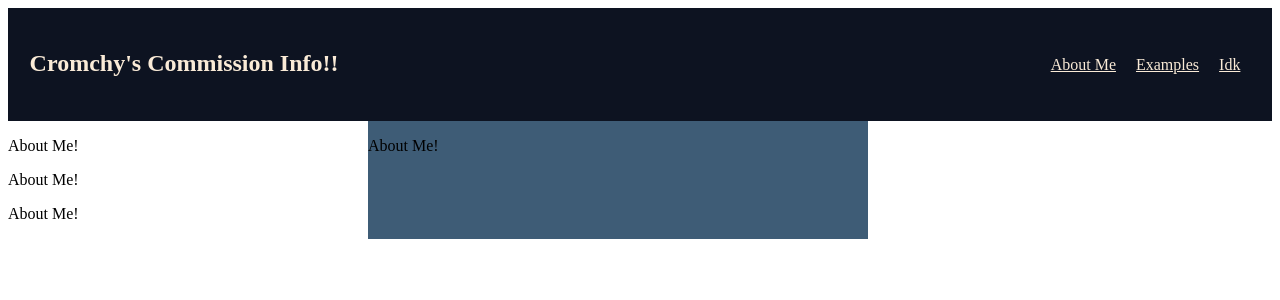
Repository: crackaLack1n/Cromchys_Commission_Site
Page: /
An editor plug-in stored every save of this project. The page is shown before and after the next save, followed by the edit.
The browser window is 1280 px wide. The pictures show the whole page.
The project was rebuilt for these pictures with package versions that can differ from the ones it lists, and the page was loaded fresh each time. The framework's server and built-in components were replaced by stand-ins that run in the browser. Also part of the build but not shown: next.config.mjs.

Above is the page before, as saved 2024-06-11 12:08:42.

After the next save:
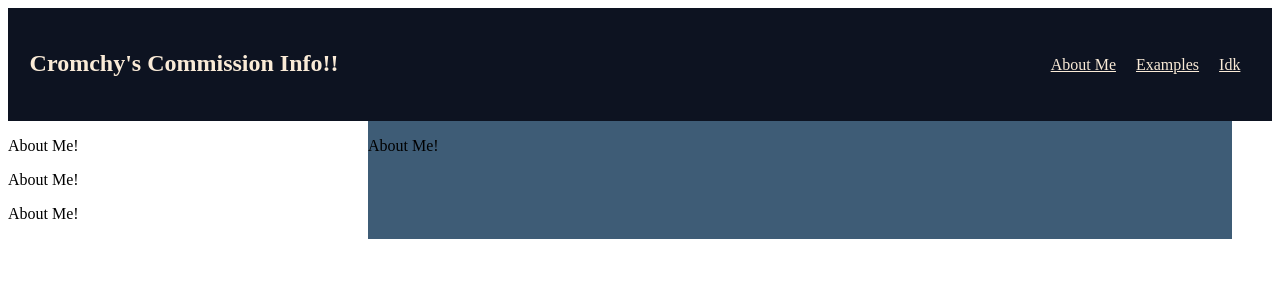
Saved 12 s later.
--- a/styles/Home.module.css
+++ b/styles/Home.module.css
@@ -16,7 +16,7 @@
 
 .contentRight {
   background-color: #3E5C76;
-  width: 100%;
+  width: 120vh;
 }
 
 /* Mobile */

After the 2 saves that followed:
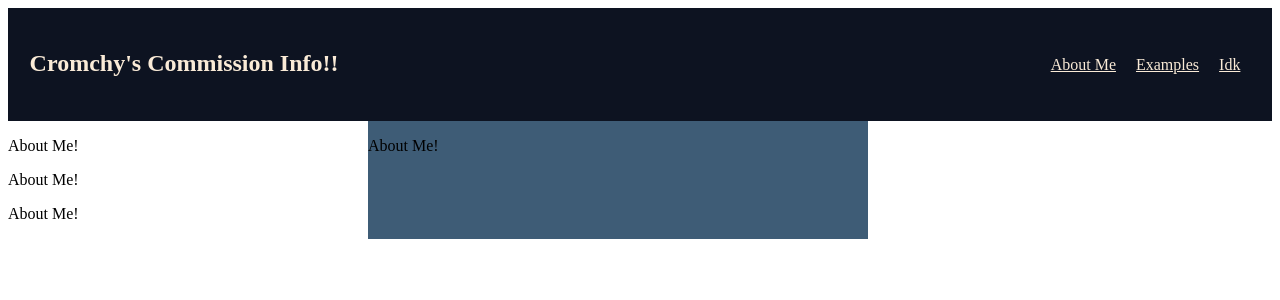
The 2 saves are shown as one change because 1 left the picture as it was.
The last was saved 19 s later.
--- a/styles/Home.module.css
+++ b/styles/Home.module.css
@@ -1,7 +1,6 @@
 .main {
   display: flex;
   flex-direction: column;
-  align-items: center;
   min-height: 20vh;
 }
 
@@ -16,7 +15,7 @@
 
 .contentRight {
   background-color: #3E5C76;
-  width: 120vh;
+  width: 100%;
 }
 
 /* Mobile */
